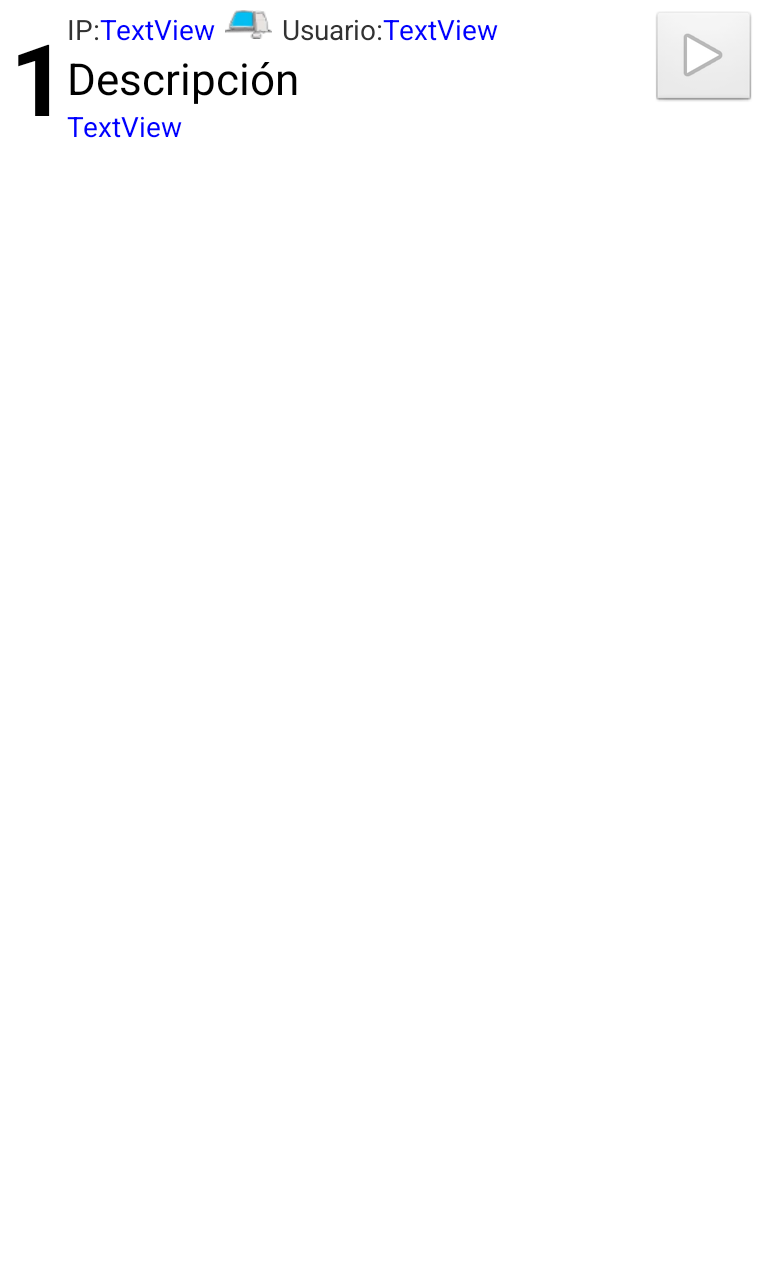
Repository: jonatansantos/Android-Server-Status
Layout: desarrollo/ModuloSSH/res/layout/list_servers.xml
These files come from the project's save history. The layout is drawn as it stood at one moment and after the next save; the edit follows.
It is drawn on a 768 x 1280 px phone screen (xhdpi) without system bars, with theme android:Theme.Light; the app's code is not run.

Above is the layout before, as saved 2012-03-23 00:05:28.

### desarrollo/ModuloSSH/res/layout/list_servers.xml
<?xml version="1.0" encoding="utf-8"?>
<LinearLayout xmlns:android="http://schemas.android.com/apk/res/android"
    android:layout_width="wrap_content"
    android:layout_height="wrap_content"
    android:orientation="horizontal"
    android:padding="5dp" >

    <TextView
        android:id="@+id/tv_id"
        android:layout_width="wrap_content"
        android:layout_height="wrap_content"
        android:text="@string/uno"
        android:textAppearance="?android:attr/textAppearanceLarge"
        android:textSize="50dp"
        android:textStyle="bold" />

    <LinearLayout
        android:id="@+id/ll_total"
        android:layout_width="wrap_content"
        android:layout_height="match_parent"
        android:orientation="vertical" >

        <LinearLayout
            android:id="@+id/ll_ip_usuario"
            android:layout_width="match_parent"
            android:layout_height="wrap_content" >

            <TextView
                android:id="@+id/tv_IP"
                android:layout_width="wrap_content"
                android:layout_height="wrap_content"
                android:text="@string/ip" />

            <TextView
                android:id="@+id/tv_IP2"
                android:layout_width="wrap_content"
                android:layout_height="wrap_content"
                android:text="TextView"
                android:textColor="#0000FF" />

            <ImageView
                android:id="@+id/iv_ordenador"
                android:layout_width="wrap_content"
                android:layout_height="wrap_content"
                android:layout_marginLeft="5dp"
                android:layout_marginRight="5dp"
                android:src="@drawable/ic_ordenador2" />

            <TextView
                android:id="@+id/tv_usuario"
                android:layout_width="wrap_content"
                android:layout_height="wrap_content"
                android:text="@string/usuario" />

            <TextView
                android:id="@+id/tv_usuario2"
                android:layout_width="wrap_content"
                android:layout_height="wrap_content"
                android:text="TextView"
                android:textColor="#0000FF" />
        </LinearLayout>

        <LinearLayout
            android:id="@+id/ll_descripcion"
            android:layout_width="match_parent"
            android:layout_height="wrap_content" >

            <TextView
                android:id="@+id/tv_descripcion"
                android:layout_width="wrap_content"
                android:layout_height="wrap_content"
                android:text="@string/descripcion"
                android:textAppearance="?android:attr/textAppearanceLarge" />
        </LinearLayout>

        <LinearLayout
            android:id="@+id/ll_descripcion2"
            android:layout_width="match_parent"
            android:layout_height="wrap_content" >

            <TextView
                android:id="@+id/tv_descripcion2"
                android:layout_width="wrap_content"
                android:layout_height="wrap_content"
                android:text="TextView"
                android:textColor="#0000FF" />
        </LinearLayout>
    </LinearLayout>

    <RelativeLayout
        android:id="@+id/rl_list_servers"
        android:layout_width="wrap_content"
        android:layout_height="wrap_content" >




        <ImageButton
            android:id="@+id/imageButton1"
            android:layout_width="wrap_content"
            android:layout_height="wrap_content"
            android:layout_alignParentLeft="false"
            android:layout_alignParentRight="true"
            android:layout_alignParentTop="true"
            android:src="@android:drawable/ic_media_play" />

    </RelativeLayout>

</LinearLayout>

### desarrollo/ModuloSSH/res/values/strings.xml
<?xml version="1.0" encoding="utf-8"?>
<resources>

    <string name="hello">Hello World, ModuloSSHActivity!</string>
    <string name="app_name">ModuloSSH</string>
    <string name="puerto">22</string>
    <string name="conectar">Conectar</string>
    <string name="desconectar">Desconectar</string>
    <string name="Selecciona">Selecciona una conexión</string>
    <string name="vacio"></string>
    <string name="uno">1</string>
    <string name="descripcion">Descripción</string>
    <string name="ip">IP:</string>
    <string name="usuario">Usuario:</string>

</resources>

After the next save:
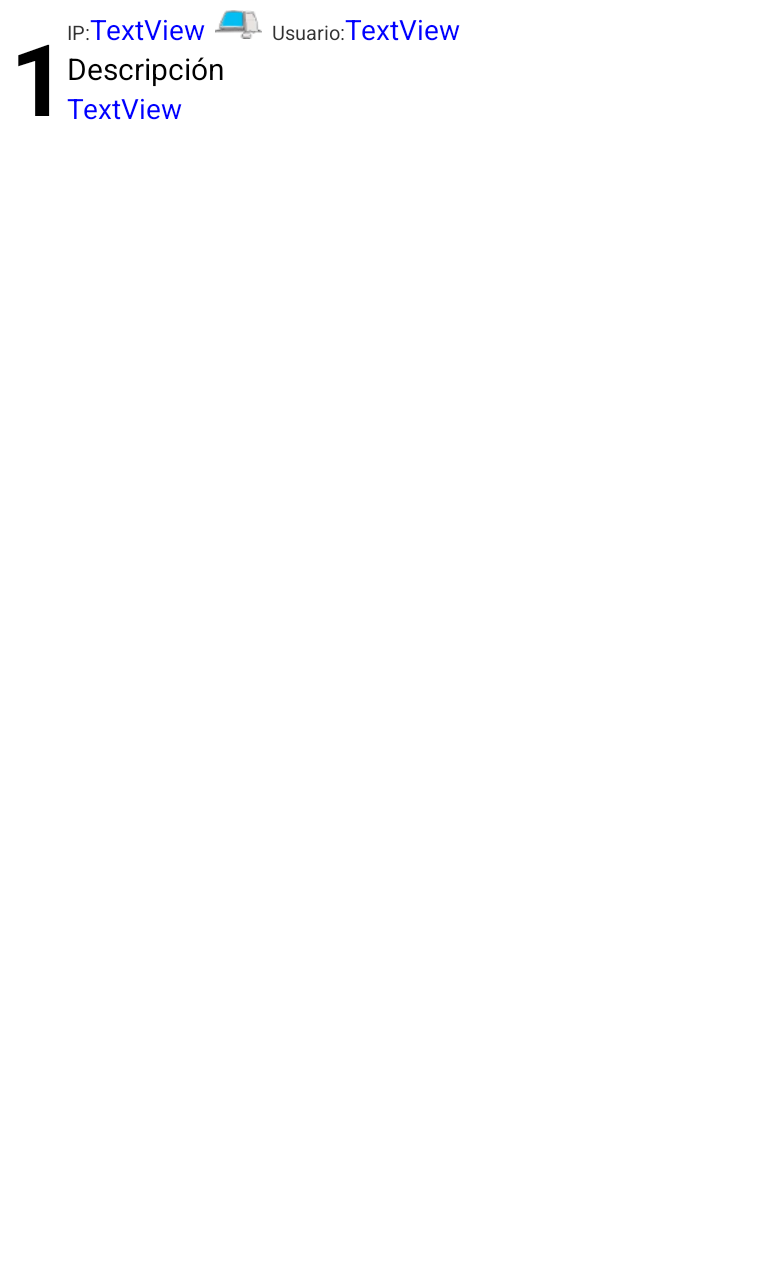
Saved 113 s later.
--- a/desarrollo/ModuloSSH/res/layout/list_servers.xml
+++ b/desarrollo/ModuloSSH/res/layout/list_servers.xml
@@ -25,11 +25,14 @@
             android:layout_width="match_parent"
             android:layout_height="wrap_content" >
 
+
+
             <TextView
                 android:id="@+id/tv_IP"
                 android:layout_width="wrap_content"
                 android:layout_height="wrap_content"
-                android:text="@string/ip" />
+                android:text="@string/ip"
+                android:textSize="10dp" />
 
             <TextView
                 android:id="@+id/tv_IP2"
@@ -46,11 +49,13 @@
                 android:layout_marginRight="5dp"
                 android:src="@drawable/ic_ordenador2" />
 
+
             <TextView
                 android:id="@+id/tv_usuario"
                 android:layout_width="wrap_content"
                 android:layout_height="wrap_content"
-                android:text="@string/usuario" />
+                android:text="@string/usuario"
+                android:textSize="10dp" />
 
             <TextView
                 android:id="@+id/tv_usuario2"
@@ -65,12 +70,16 @@
             android:layout_width="match_parent"
             android:layout_height="wrap_content" >
 
+
+
             <TextView
                 android:id="@+id/tv_descripcion"
                 android:layout_width="wrap_content"
                 android:layout_height="wrap_content"
                 android:text="@string/descripcion"
-                android:textAppearance="?android:attr/textAppearanceLarge" />
+                android:textAppearance="?android:attr/textAppearanceLarge"
+                android:textSize="15dp" />
+
         </LinearLayout>
 
         <LinearLayout
@@ -87,23 +96,4 @@
         </LinearLayout>
     </LinearLayout>
 
-    <RelativeLayout
-        android:id="@+id/rl_list_servers"
-        android:layout_width="wrap_content"
-        android:layout_height="wrap_content" >
-
-
-
-
-        <ImageButton
-            android:id="@+id/imageButton1"
-            android:layout_width="wrap_content"
-            android:layout_height="wrap_content"
-            android:layout_alignParentLeft="false"
-            android:layout_alignParentRight="true"
-            android:layout_alignParentTop="true"
-            android:src="@android:drawable/ic_media_play" />
-
-    </RelativeLayout>
-
 </LinearLayout>
